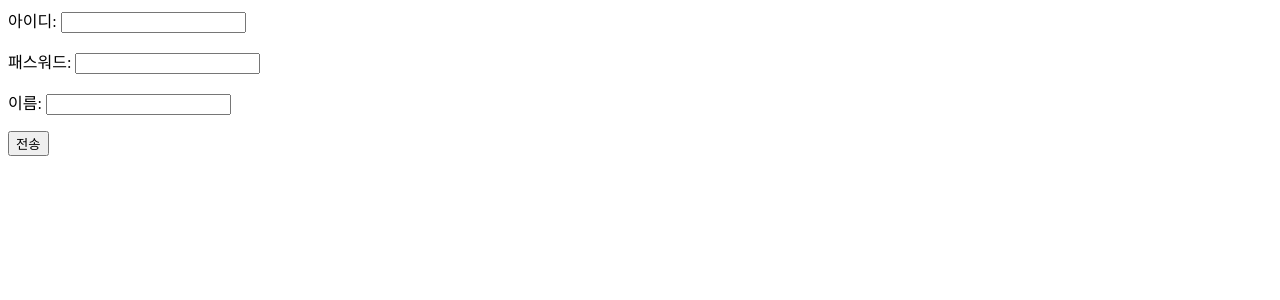
Repository: JuHyeon-S/21-1-Web-Back-end_Programming
Page: http://localhost/week09/main3.jsp
The author's editor kept a copy of each file at every save. The page is drawn from the files as they stood at one save, then again after the next save.
The browser window is 1280 px wide. The pictures show the whole page.
The page is served by Tomcat 9.

Above is the page before, as saved 2021-04-29 15:11:31.

### week09/week09/src/main/webapp/main3.jsp
<%@ page language="java" contentType="text/html; charset=EUC-KR"
    pageEncoding="EUC-KR"%>
<!DOCTYPE html>
<html>
<head>
<meta charset="EUC-KR">
<title>Insert title here</title>
</head>
<body>
	<form name="test" method=post action="reqfrom2.jsp">
		아이디: <input type=text name=id size=20><p>
		패스워드: <input type=password name=pw size=20><p>
		이름: <input type=text name=uname size=20><p>
		<input type="submit" value=전송><br>
	</form>
</body>
</html>

Loaded but not shown: week09/week09/src/main/webapp/paramto.jsp (common file)

After the next save:
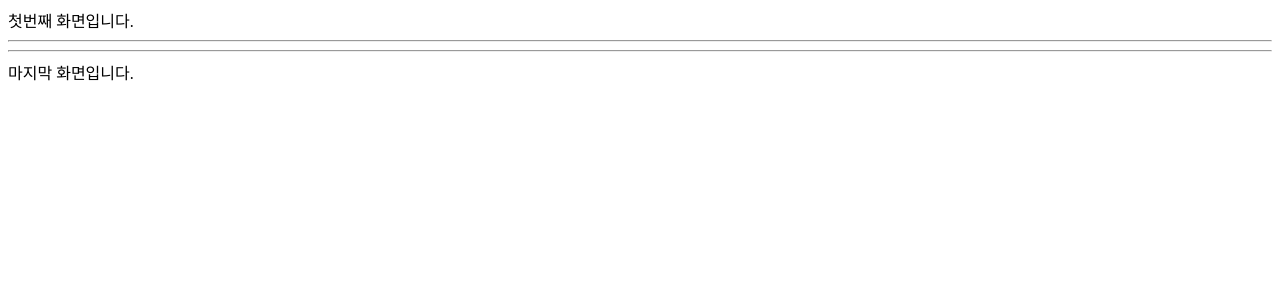
Saved 5 min 58 s later.
--- a/week09/week09/src/main/webapp/main3.jsp
+++ b/week09/week09/src/main/webapp/main3.jsp
@@ -1,17 +1,15 @@
 <%@ page language="java" contentType="text/html; charset=EUC-KR"
     pageEncoding="EUC-KR"%>
-<!DOCTYPE html>
-<html>
-<head>
-<meta charset="EUC-KR">
-<title>Insert title here</title>
-</head>
-<body>
-	<form name="test" method=post action="reqfrom2.jsp">
-		아이디: <input type=text name=id size=20><p>
-		패스워드: <input type=password name=pw size=20><p>
-		이름: <input type=text name=uname size=20><p>
-		<input type="submit" value=전송><br>
-	</form>
-</body>
-</html>
+<%
+	request.setCharacterEncoding("euc-kr");
+	out.println("첫번째 화면입니다." + "<br><hr>");
+%>
+
+<jsp:include page="paramto.jsp" flush="true">
+	<jsp:param name="ko" value="한국" />
+	<jsp:param value="am" name="미국"/>
+</jsp:include>
+
+<%
+	out.println("<hr> 마지막 화면입니다." + "<br>");
+%>
